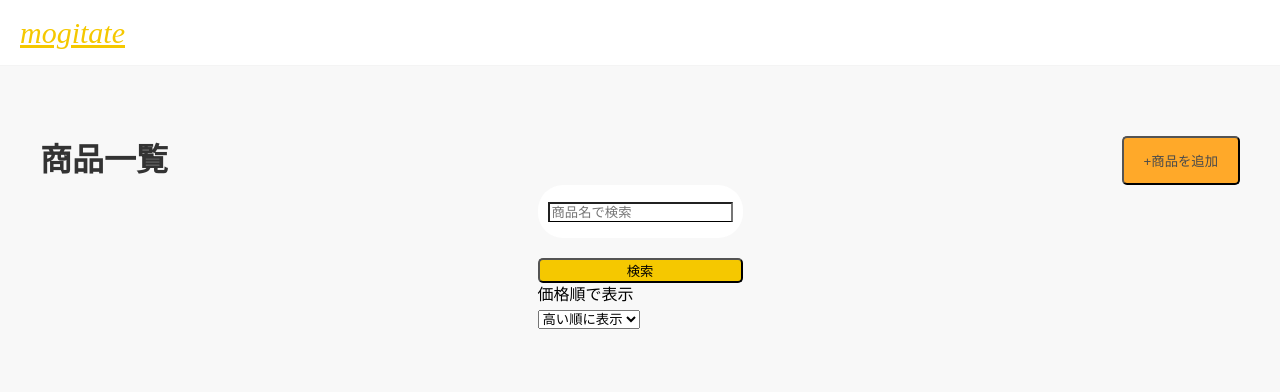
Repository: SuzukiFuminori/test-fruit
Page: http://localhost/products
The author's editor kept a copy of each file at every save. The page is drawn from the files as they stood at one save, then again after a run of saves.
The browser window is 1280 px wide. The pictures show the whole page.
The page is served by the project's Laravel application, run on PHP 8.4 with Laravel 8. Other server files are loaded and not shown. Queries for data that is not in the repository find no rows.

Above is the page before, as saved 2024-12-30 06:12:00.

### src/routes/web.php
<?php

use Illuminate\Support\Facades\Route;
use App\Http\Controllers\ProductController;

/*
|--------------------------------------------------------------------------
| Web Routes
|--------------------------------------------------------------------------
|
| Here is where you can register web routes for your application. These
| routes are loaded by the RouteServiceProvider within a group which
| contains the "web" middleware group. Now create something great!
|
*/

Route::get('/products', [ProductController::class, 'index']);
Route::get('/products/register', [ProductController::class, 'add']);

### src/app/Http/Controllers/ProductController.php
<?php

namespace App\Http\Controllers;
use App\Models\Product;
use Illuminate\Http\Request;

class ProductController extends Controller
{
    // 商品一覧ページの表示
    public function index()
    {
        $products = Product::all();
        return view('index', ['products' => $products]);
    }

    // 商品登録ページの表示
    public function add()
    {
        return view('add');
    }
}

### src/resources/views/index.blade.php
@extends('layouts.default')

@section('title', '商品一覧')

@section('css')
<link rel="stylesheet" href="{{ asset('css/index.css') }}">
@endsection

@section('content')
  <div class="content">
    <div class="content__inner">
      <div class="content-heading">
        <div class="content-heading__title">
          @yield('title')
        </div>
        <div class="content-heading__button">
          <button class="content-heading__button-submit" type="submit">+商品を追加</button>
        </div>
      </div>
      <div class="content-container">
        <div class="search-wrapper">
          <div class="search__input">
            <div class="search__input--text">
              <input class="search" type="search" name="name" placeholder="商品名で検索">
            </div>
          </div>
          <div class="search__button">
            <button class="search__button-submit" >検索</button>
          </div>
          <div class="sort">
            <div class="sort__content">価格順で表示</div>
            <div class="sort__select">
              <select name="select" placeholder="価格で並べ替え">
                <option value="">高い順に表示</option>
                <option value="">低い順に表示</option>
              </select>
            </div>
          </div>
        </div>
      </div>
    </div>
  </div>
@endsection

### src/resources/views/layouts/default.blade.php
<!DOCTYPE html>
<html lang="ja">

<head>
  <meta charset="UTF-8">
  <meta name="viewport" content="width=device-width, initial-scale=1.0">
  <title>@yield('title')</title>
  <link rel="stylesheet" href="{{ asset('css/sanitize.css') }}">
  <link rel="stylesheet" href="{{ asset('css/common.css') }}">
  @yield('css')
</head>

<body>
  <header class="header">
    <div class="header__inner">
      <a class="header__logo" href="/">
        mogitate
      </a>
    </div>
  </header>
  <main>
    @yield('content')
  </main>
</body>

</html>

### src/public/css/sanitize.css
/* Document
* ========================================================================== */

/**
* Add border box sizing in all browsers (opinionated).
*/

*,
::before,
::after {
  box-sizing: border-box;
}

/**
* 1. Add text decoration inheritance in all browsers (opinionated).
* 2. Add vertical alignment inheritance in all browsers (opinionated).
*/

::before,
::after {
  vertical-align: inherit;
  /* 2 */
  text-decoration: inherit;
  /* 1 */
}

/**
* 1. Use the default cursor in all browsers (opinionated).
* 2. Change the line height in all browsers (opinionated).
* 3. Use a 4-space tab width in all browsers (opinionated).
* 4. Remove the grey highlight on links in iOS (opinionated).
* 5. Prevent adjustments of font size after orientation changes in
*    IE on Windows Phone and in iOS.
* 6. Breaks words to prevent overflow in all browsers (opinionated).
*/

html {
  word-break: break-word;
  /* 6 */
  -moz-tab-size: 4;
  /* 3 */
  tab-size: 4;
  /* 3 */
  line-height: 1.5;
  /* 2 */
  cursor: default;
  /* 1 */

  -webkit-tap-highlight-color: transparent
    /* 4 */
  ;
  -ms-text-size-adjust: 100%;
  /* 5 */
  -webkit-text-size-adjust: 100%;
  /* 5 */
}

/* Sections
* ========================================================================== */

/**
* Remove the margin in all browsers (opinionated).
*/

body {
  margin: 0;
}

/**
* Correct the font size and margin on `h1` elements within `section` and
* `article` contexts in Chrome, Edge, Firefox, and Safari.
*/

h1 {
  margin: 0.67em 0;
  font-size: 2em;
}

/* Grouping content
* ========================================================================== */

/**
* Remove the margin on nested lists in Chrome, Edge, IE, and Safari.
*/

dl dl,
dl ol,
dl ul,
ol dl,
ul dl {
  margin: 0;
}

/**
* Remove the margin on nested lists in Edge 18- and IE.
*/

ol ol,
ol ul,
ul ol,
ul ul {
  margin: 0;
}

/**
* 1. Add the correct sizing in Firefox.
* 2. Show the overflow in Edge 18- and IE.
*/

hr {
  overflow: visible;
  /* 2 */
  height: 0;
  /* 1 */
}

/**
* Add the correct display in IE.
*/

main {
  display: block;
}

/**
* Remove the list style on navigation lists in all browsers (opinionated).
*/

nav ol,
nav ul {
  padding: 0;
  list-style: none;
}

/**
* 1. Correct the inheritance and scaling of font size in all browsers.
* 2. Correct the odd `em` font sizing in all browsers.
*/

pre {
  font-size: 1em;
  /* 2 */
  font-family: monospace, monospace;
  /* 1 */
}

/* Text-level semantics
* ========================================================================== */

/**
* Remove the gray background on active links in IE 10.
*/

a {
  background-color: transparent;
}

/**
* Add the correct text decoration in Edge 18-, IE, and Safari.
*/

abbr[title] {
  text-decoration: underline;
  text-decoration: underline dotted;
}

/**
* Add the correct font weight in Chrome, Edge, and Safari.
*/

b,
strong {
  font-weight: bolder;
}

/**
* 1. Correct the inheritance and scaling of font size in all browsers.
* 2. Correct the odd `em` font sizing in all browsers.
*/

code,
kbd,
samp {
  font-size: 1em;
  /* 2 */
  font-family: monospace, monospace;
  /* 1 */
}

/**
* Add the correct font size in all browsers.
*/

small {
  font-size: 80%;
}

/* Embedded content
* ========================================================================== */

/*
* Change the alignment on media elements in all browsers (opinionated).
*/

audio,
canvas,
iframe,
img,
svg,
video {
  vertical-align: middle;
}

/**
* Add the correct display in IE 9-.
*/

audio,
video {
  display: inline-block;
}

/**
* Add the correct display in iOS 4-7.
*/

audio:not([controls]) {
  display: none;
  height: 0;
}

/**
* Remove the border on iframes in all browsers (opinionated).
*/

iframe {
  border-style: none;
}

/**
* Remove the border on images within links in IE 10-.
*/

img {
  border-style: none;
}

/**
* Change the fill color to match the text color in all browsers (opinionated).
*/

svg:not([fill]) {
  fill: currentColor;
}

/**
* Hide the overflow in IE.
*/

svg:not(:root) {
  overflow: hidden;
}

/* Tabular data
* ========================================================================== */

/**
* Collapse border spacing in all browsers (opinionated).
*/

table {
  border-collapse: collapse;
}

/* Forms
* ========================================================================== */

/**
* Remove the margin on controls in Safari.
*/

button,
input,
select {
  margin: 0;
}

/**
* 1. Show the overflow in IE.
* 2. Remove the inheritance of text transform in Edge 18-, Firefox, and IE.
*/

button {
  overflow: visible;
  /* 1 */
  text-transform: none;
  /* 2 */
}

/**
* Correct the inability to style buttons in iOS and Safari.
*/

button,
[type="button"],
[type="reset"],
[type="submit"] {
  -webkit-appearance: button;
}

/**
* 1. Change the inconsistent appearance in all browsers (opinionated).
* 2. Correct the padding in Firefox.
*/

fieldset {
  padding: 0.35em 0.75em 0.625em;
  /* 2 */
  border: 1px solid #a0a0a0;
  /* 1 */
}

/**
* Show the overflow in Edge 18- and IE.
*/

input {
  overflow: visible;
}

/**
* 1. Correct the text wrapping in Edge 18- and IE.
* 2. Correct the color inheritance from `fieldset` elements in IE.
*/

legend {
  display: table;
  /* 1 */
  max-width: 100%;
  /* 1 */
  color: inherit;
  /* 2 */
  white-space: normal;
  /* 1 */
}

/**
* 1. Add the correct display in Edge 18- and IE.
* 2. Add the correct vertical alignment in Chrome, Edge, and Firefox.
*/

progress {
  display: inline-block;
  /* 1 */
  vertical-align: baseline;
  /* 2 */
}

/**
* Remove the inheritance of text transform in Firefox.
*/

select {
  text-transform: none;
}

/**
* 1. Remove the margin in Firefox and Safari.
* 2. Remove the default vertical scrollbar in IE.
* 3. Change the resize direction in all browsers (opinionated).
*/

textarea {
  overflow: auto;
  /* 2 */
  margin: 0;
  /* 1 */
  resize: vertical;
  /* 3 */
}

/**
* Remove the padding in IE 10-.
*/

[type="checkbox"],
[type="radio"] {
  padding: 0;
}

/**
* 1. Correct the odd appearance in Chrome, Edge, and Safari.
* 2. Correct the outline style in Safari.
*/

[type="search"] {
  outline-offset: -2px;
  /* 2 */

  -webkit-appearance: textfield;
  /* 1 */
}

/**
* Correct the cursor style of increment and decrement buttons in Safari.
*/

::-webkit-inner-spin-button,
::-webkit-outer-spin-button {
  height: auto;
}

/**
* Correct the text style of placeholders in Chrome, Edge, and Safari.
*/

::-webkit-input-placeholder {
  color: inherit;
  opacity: 0.54;
}

/**
* Remove the inner padding in Chrome, Edge, and Safari on macOS.
*/

::-webkit-search-decoration {
  -webkit-appearance: none;
}

/**
* 1. Correct the inability to style upload buttons in iOS and Safari.
* 2. Change font properties to `inherit` in Safari.
*/

::-webkit-file-upload-button {
  font: inherit;
  /* 2 */

  -webkit-appearance: button;
  /* 1 */
}

/**
* Remove the inner border and padding of focus outlines in Firefox.
*/

::-moz-focus-inner {
  padding: 0;
  border-style: none;
}

/**
* Restore the focus outline styles unset by the previous rule in Firefox.
*/

:-moz-focusring {
  outline: 1px dotted ButtonText;
}

/**
* Remove the additional :invalid styles in Firefox.
*/

:-moz-ui-invalid {
  box-shadow: none;
}

/* Interactive
* ========================================================================== */

/*
* Add the correct display in Edge 18- and IE.
*/

details {
  display: block;
}

/*
* Add the correct styles in Edge 18-, IE, and Safari.
*/

dialog {
  position: absolute;
  right: 0;
  left: 0;
  display: block;
  margin: auto;
  padding: 1em;
  width: -moz-fit-content;
  width: -webkit-fit-content;
  width: fit-content;
  height: -moz-fit-content;
  height: -webkit-fit-content;
  height: fit-content;
  border: solid;
  background-color: white;
  color: black;
}

dialog:not([open]) {
  display: none;
}

/*
* Add the correct display in all browsers.
*/

summary {
  display: list-item;
}

/* Scripting
* ========================================================================== */

/**
* Add the correct display in IE 9-.
*/

canvas {
  display: inline-block;
}

/**
* Add the correct display in IE.
*/

template {
  display: none;
}

/* User interaction
* ========================================================================== */

/*
* 1. Remove the tapping delay in IE 10.
* 2. Remove the tapping delay on clickable elements
in all browsers (opinionated).
*/

a,
area,
button,
input,
label,
select,
summary,
textarea,
[tabindex] {
  -ms-touch-action: manipulation;
  /* 1 */
  touch-action: manipulation;
  /* 2 */
}

/**
* Add the correct display in IE 10-.
*/

[hidden] {
  display: none;
}

/* Accessibility
* ========================================================================== */

/**
* Change the cursor on busy elements in all browsers (opinionated).
*/

[aria-busy="true"] {
  cursor: progress;
}

/*
* Change the cursor on control elements in all browsers (opinionated).
*/

[aria-controls] {
  cursor: pointer;
}

/*
* Change the cursor on disabled, not-editable, or otherwise
* inoperable elements in all browsers (opinionated).
*/

[aria-disabled="true"],
[disabled] {
  cursor: not-allowed;
}

/*
* Change the display on visually hidden accessible elements
* in all browsers (opinionated).
*/

[aria-hidden="false"][hidden] {
  display: initial;
}

[aria-hidden="false"][hidden]:not(:focus) {
  position: absolute;
  clip: rect(0, 0, 0, 0);
}

### src/public/css/common.css
.header {
  background: white;
}

.header__inner {
  margin: 0 auto;
  padding: 10px 20px;
  border-bottom: solid 1px #f4f4f4;
}

.header__logo {
  font-family: jsMath-cmti10;
  font-size: 30px;
  color: #F5C800;
  font-weight: 500;
  font-style: italic;
}

### src/public/css/index.css
.content {
  background: #f8f8f8;
}

.content__inner {
  margin: 0 auto;
  padding: 70px 0;
}

.content-heading {
  display: flex;
  justify-content: space-between;
  margin: 0 auto;
  padding: 0 40px 0;
}

.content-heading__title {
  font-family: "Hiragino Kaku Gothic Pro";
  font-size: 32px;
  color: #333333;
  font-weight: 600;
}

.content-heading__button-submit {
  padding: 13px 20px;
  background:#ffa929;
  color: #4B4B4B;
  border-radius: 5px;
}

.content-container {
  display: flex;
  justify-content: center;
  padding: 0 40px 0;
}

.search {
  border-bottom: solid 1px;
}

.search__input {
  padding-bottom: 20px;
}

.search__input--text {
  padding: 14.5px 10px;
  border-radius: 25px;
  background: #FFFFFF;
}

.search__button-submit {
  width: 100%;
  padding: 10px auto;
  background: #F5C800;
  border-radius: 5px;
}

Loaded but not shown: src/app/Http/Controllers/Controller.php (common file); src/app/Models/Product.php (common file)

After the next 2 saves:
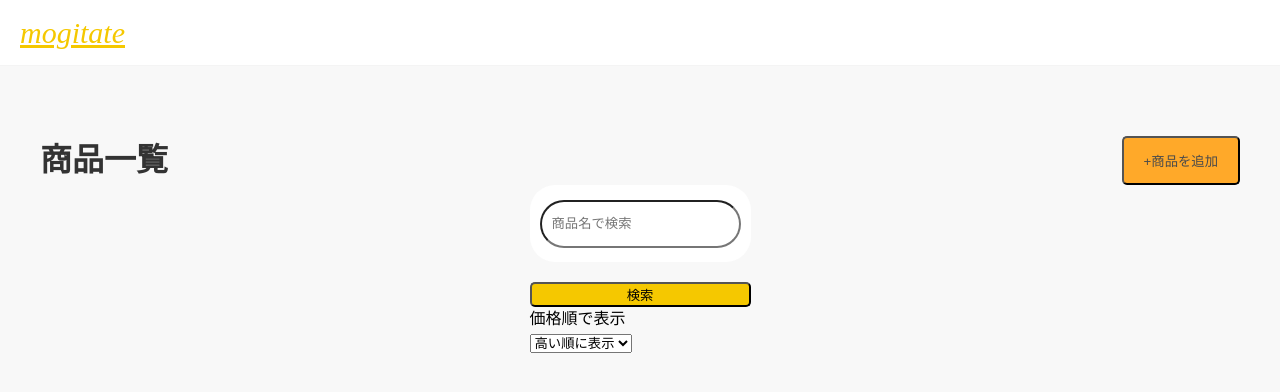
The 2 saves are shown as one change because they came seconds apart.
The last was saved 7 s later.
--- a/src/resources/views/index.blade.php
+++ b/src/resources/views/index.blade.php
@@ -21,7 +21,7 @@
         <div class="search-wrapper">
           <div class="search__input">
             <div class="search__input--text">
-              <input class="search" type="search" name="name" placeholder="商品名で検索">
+              <input class="search__input--text" type="search" name="name" placeholder="商品名で検索">
             </div>
           </div>
           <div class="search__button">
